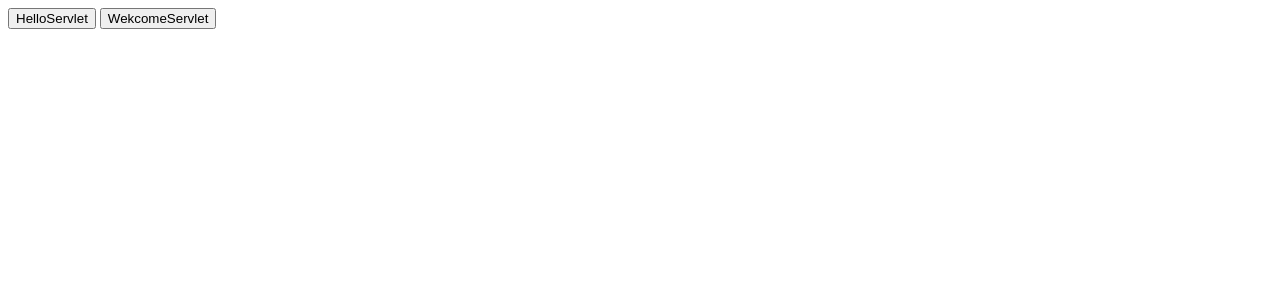
Repository: takanoko/test
Page: http://localhost/HelloServlet/
The author's editor kept a copy of each file at every save. The page is drawn from the files as they stood at one save, then again after the next save.
The browser window is 1280 px wide. The pictures show the whole page.
The page is served by Tomcat 9.

Above is the page before, as saved 2019-04-10 11:09:04.

After the next save:
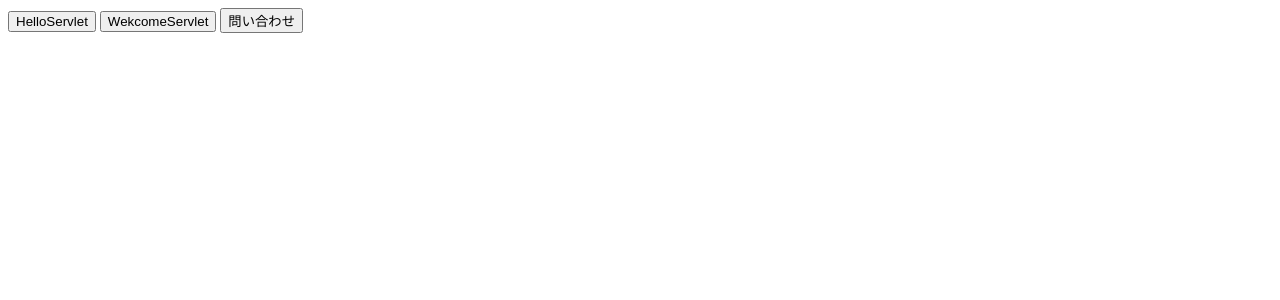
Saved 107 s later.
--- a/HelloServlet/WebContent/index.jsp
+++ b/HelloServlet/WebContent/index.jsp
@@ -10,6 +10,6 @@
 
 <input type="button" value="HelloServlet" onClick="location.href='HelloServlet'">
 <input type="button" value="WekcomeServlet" onClick="location.href='welcome.jsp'">
-
+<input type="button" value="問い合わせ" onClick="location.href='inquiry.jsp'"
 </body>
 </html>
